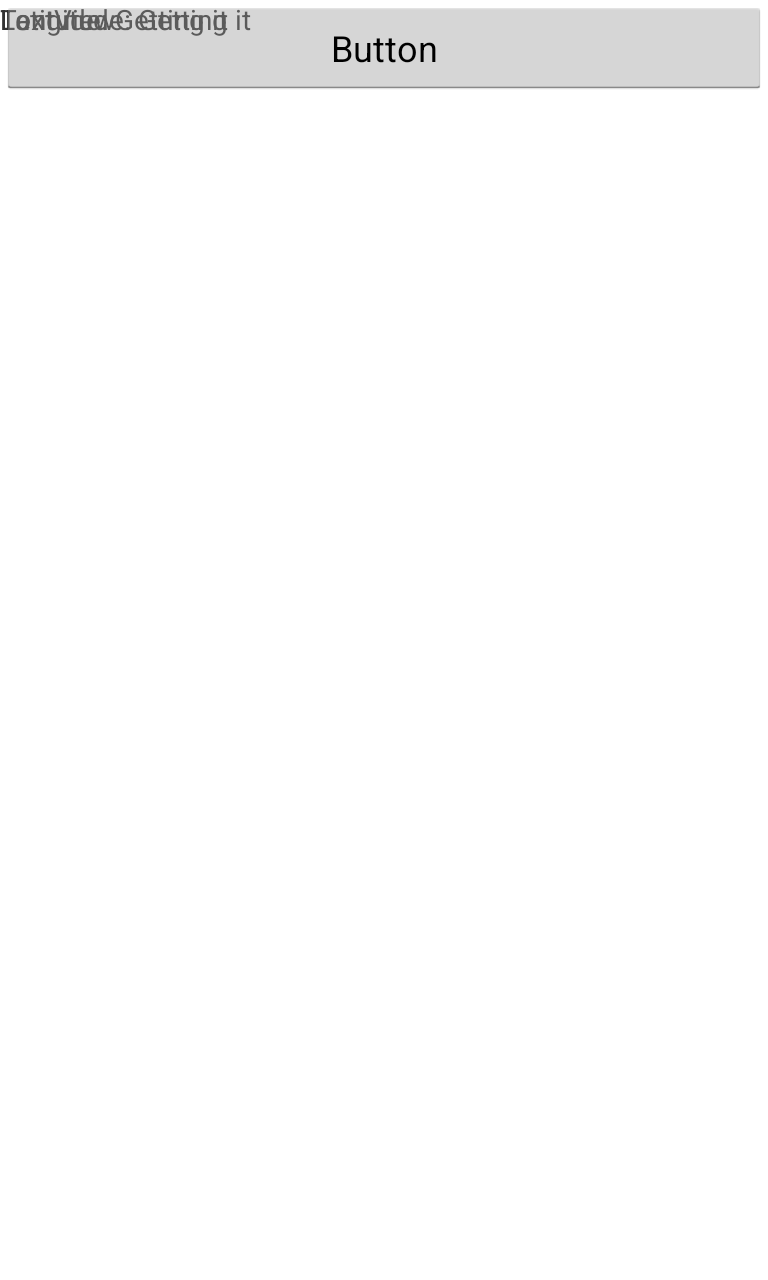
Repository: isitso/android_class
Layout: LocationGooglePlay/res/layout/main.xml
The author's editor kept a copy of each file at every save. The layout is drawn from the files as they stood at one save, then again after the next save.
It is drawn on a 768 x 1280 px phone screen (xhdpi) without system bars, with theme AppTheme; the app's code is not run.

Above is the layout before, as saved 2014-04-28 00:29:30.

After the next save:
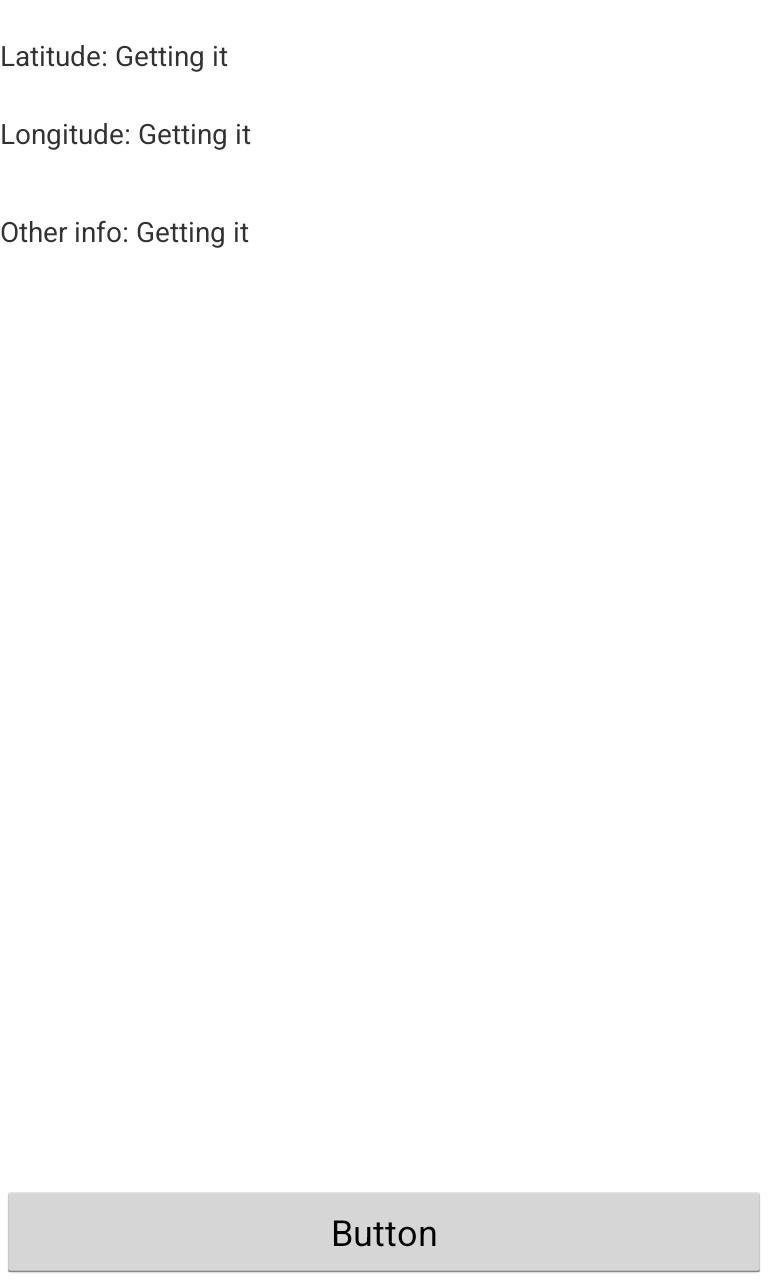
Saved 40 s later.
--- a/LocationGooglePlay/res/layout/main.xml
+++ b/LocationGooglePlay/res/layout/main.xml
@@ -4,28 +4,39 @@
     android:layout_height="match_parent"
     android:orientation="vertical" >
 
+    <Button
+        android:id="@+id/button1"
+        android:layout_width="match_parent"
+        android:layout_height="wrap_content"
+        android:layout_alignParentBottom="true"
+        android:layout_alignParentLeft="true"
+        android:text="Button" />
+
     <TextView
         android:id="@+id/latitudeView"
         android:layout_width="wrap_content"
         android:layout_height="wrap_content"
+        android:layout_alignParentLeft="true"
+        android:layout_alignParentTop="true"
+        android:layout_marginTop="18dp"
         android:text="Latitude: Getting it" />
 
     <TextView
         android:id="@+id/longitudeView"
         android:layout_width="wrap_content"
         android:layout_height="wrap_content"
+        android:layout_alignParentLeft="true"
+        android:layout_below="@+id/latitudeView"
+        android:layout_marginTop="20dp"
         android:text="Longitude: Getting it" />
 
     <TextView
         android:id="@+id/info"
         android:layout_width="wrap_content"
         android:layout_height="wrap_content"
-        android:text="TextView" />
-
-    <Button
-        android:id="@+id/button1"
-        android:layout_width="match_parent"
-        android:layout_height="wrap_content"
-        android:text="Button" />
+        android:layout_alignParentLeft="true"
+        android:layout_below="@+id/longitudeView"
+        android:layout_marginTop="30dp"
+        android:text="Other info: Getting it" />
 
 </RelativeLayout>
